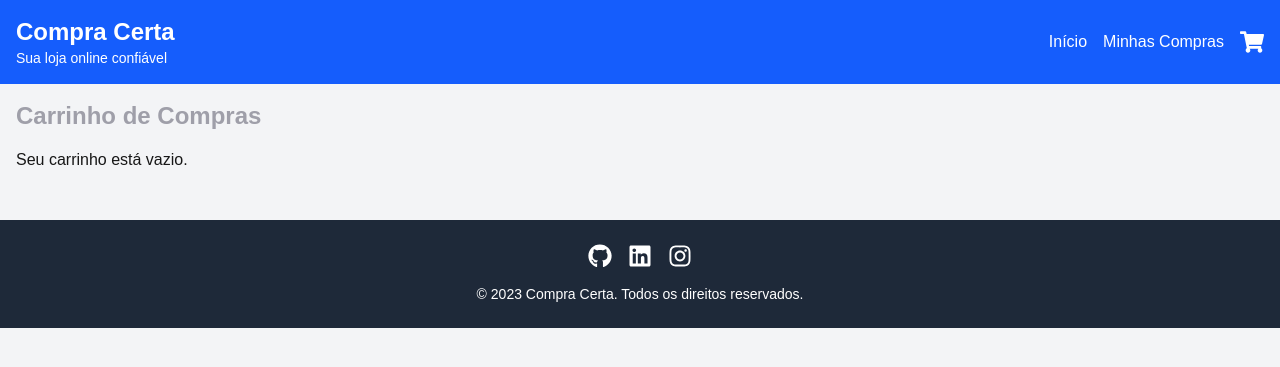
Repository: kcsdesenvolvedor/compra-certa
Page: /cart (app in front-end/)
These files come from the project's save history. The page is drawn as it stood at one moment and after the next save; the edit follows.
The browser window is 1280 px wide. The pictures show the whole page.
The project was rebuilt for these pictures with package versions that can differ from the ones it lists, and the page was loaded fresh each time. The framework's server and built-in components were replaced by stand-ins that run in the browser. Also part of the build but not shown: front-end/next.config.ts.

Above is the page before, as saved 2025-03-12 10:38:13.

After the next save:
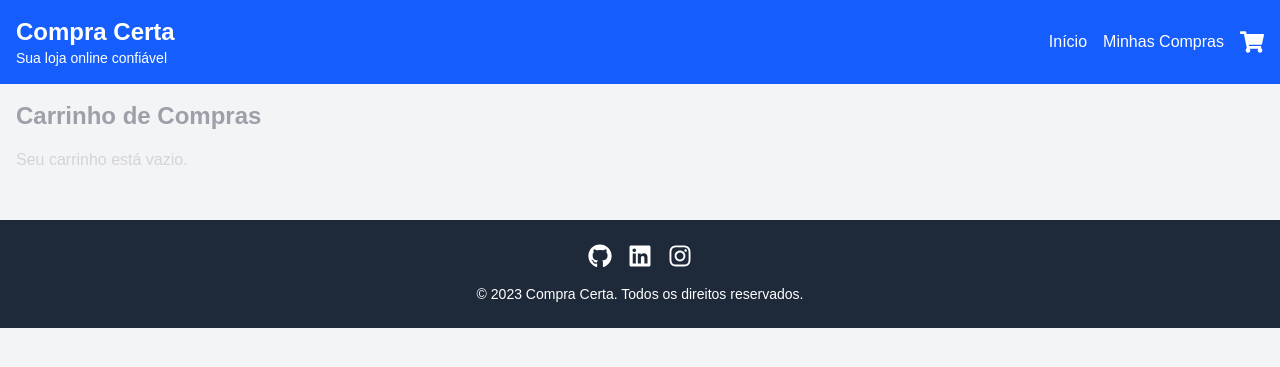
Saved 22 s later.
--- a/front-end/src/app/cart/page.tsx
+++ b/front-end/src/app/cart/page.tsx
@@ -14,7 +14,7 @@
       <main className="container mx-auto p-4">
         <h1 className="text-2xl text-zinc-400 font-bold mb-4">Carrinho de Compras</h1>
         {cart.length === 0 ? (
-          <p>Seu carrinho está vazio.</p>
+          <p className="text-zinc-300">Seu carrinho está vazio.</p>
         ) : (
           <div className="space-y-4">
             {cart.map((item) => (
